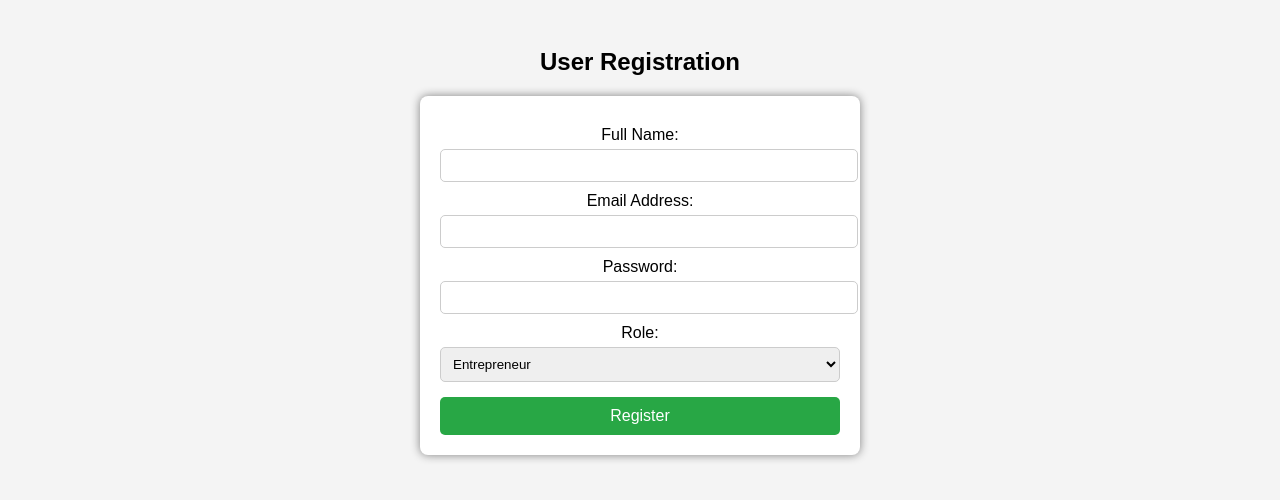
Repository: LOGANATHANTECH/single-window-approval-system
Page: singlewindow/singlewindow/src/main/webapp/testligin.html
An editor plug-in stored every save of this project. The page is shown before and after the next save, followed by the edit.
The browser window is 1280 px wide. The pictures show the whole page.

Above is the page before, as saved 2025-03-16 11:04:19.

After the next save:
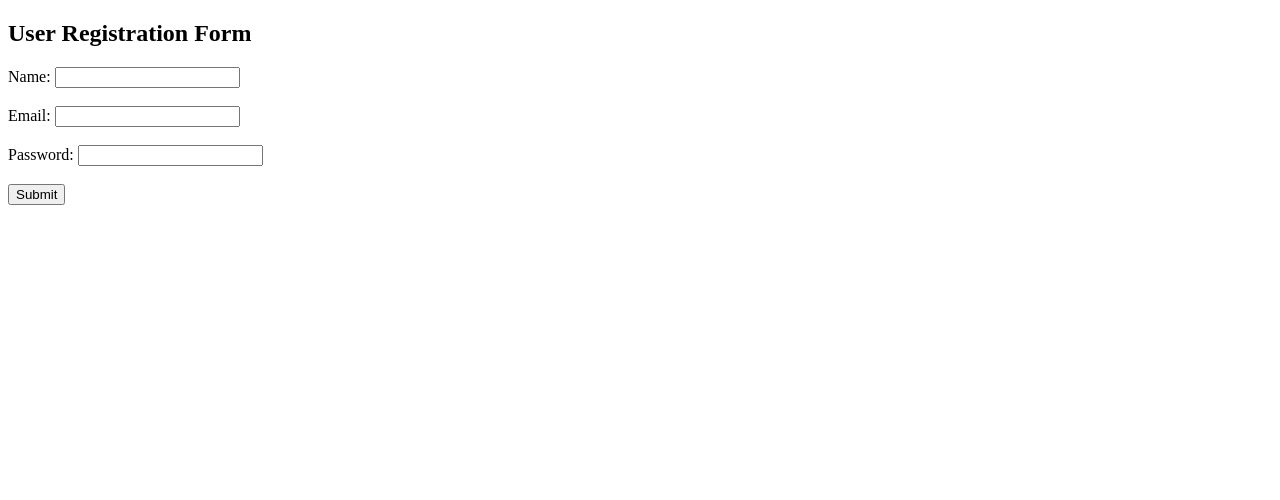
Saved 11 min 14 s later.
--- a/singlewindow/singlewindow/src/main/webapp/testligin.html
+++ b/singlewindow/singlewindow/src/main/webapp/testligin.html
@@ -4,102 +4,57 @@
     <meta charset="UTF-8">
     <meta name="viewport" content="width=device-width, initial-scale=1.0">
     <title>User Registration</title>
-    <style>
-        body {
-            font-family: Arial, sans-serif;
-            background-color: #f4f4f4;
-            text-align: center;
-            padding: 20px;
-        }
-        form {
-            background: white;
-            padding: 20px;
-            width: 400px;
-            margin: auto;
-            border-radius: 8px;
-            box-shadow: 0px 0px 10px gray;
-        }
-        label {
-            display: block;
-            margin-top: 10px;
-        }
-        input, select {
-            width: 100%;
-            padding: 8px;
-            margin-top: 5px;
-            border: 1px solid #ccc;
-            border-radius: 5px;
-        }
-        button {
-            margin-top: 15px;
-            padding: 10px;
-            width: 100%;
-            background-color: #28a745;
-            color: white;
-            border: none;
-            cursor: pointer;
-            font-size: 16px;
-            border-radius: 5px;
-        }
-        button:hover {
-            background-color: #218838;
-        }
-    </style>
 </head>
 <body>
 
-    <h2>User Registration</h2>
+    <h2>User Registration Form</h2>
 
     <form id="userForm">
-        <label for="name">Full Name:</label>
-        <input type="text" id="name" name="name" required>
+        <label for="name">Name:</label>
+        <input type="text" id="name" name="name" required><br><br>
 
-        <label for="email">Email Address:</label>
-        <input type="email" id="email" name="email" required>
+        <label for="email">Email:</label>
+        <input type="email" id="email" name="email" required><br><br>
 
         <label for="password">Password:</label>
-        <input type="password" id="password" name="password" required>
+        <input type="password" id="password" name="password" required><br><br>
 
-        <label for="role">Role:</label>
-        <select id="role" name="role" required>
-            <option value="ENTREPRENEUR">Entrepreneur</option>
-            <option value="GOVERNMENT_OFFICIAL">Government Official</option>
-            <option value="ADMIN">Admin</option>
-        </select>
-
-        <button type="submit">Register</button>
+        <button type="submit">Submit</button>
     </form>
 
     <script>
-        document.getElementById("userForm").addEventListener("submit", async function(event) {
-            event.preventDefault();
+        document.getElementById("userForm").addEventListener("submit", function(event) {
+            event.preventDefault(); // Prevent form from reloading the page
 
-            let userData = {
-                name: document.getElementById("name").value,
-                email: document.getElementById("email").value,
-                password: document.getElementById("password").value,
-                role: document.getElementById("role").value
+            // Get form values
+            const name = document.getElementById("name").value;
+            const email = document.getElementById("email").value;
+            const password = document.getElementById("password").value;
+
+            // Create a JSON object
+            const userData = {
+                name: name,
+                email: email,
+                password: password
             };
 
-            try {
-                let response = await fetch("http://localhost:8080/api/users/register", {
-                    method: "POST",
-                    headers: {
-                        "Content-Type": "application/json"
-                    },
-                    body: JSON.stringify(userData)
-                });
-
-                let result = await response.json();
-                if (response.ok) {
-                    alert("Registration successful!");
-                } else {
-                    alert("Error: " + result.message);
-                }
-            } catch (error) {
+            // Send data to the API
+            fetch("http://localhost:8080/user", {
+                method: "POST",
+                headers: {
+                    "Content-Type": "application/json"
+                },
+                body: JSON.stringify(userData)
+            })
+            .then(response => response.json())
+            .then(data => {
+                alert("User registered successfully!");
+                console.log("Success:", data);
+            })
+            .catch(error => {
+                alert("Error registering user.");
                 console.error("Error:", error);
-                alert("Failed to register. Please try again.");
-            }
+            });
         });
     </script>
 
